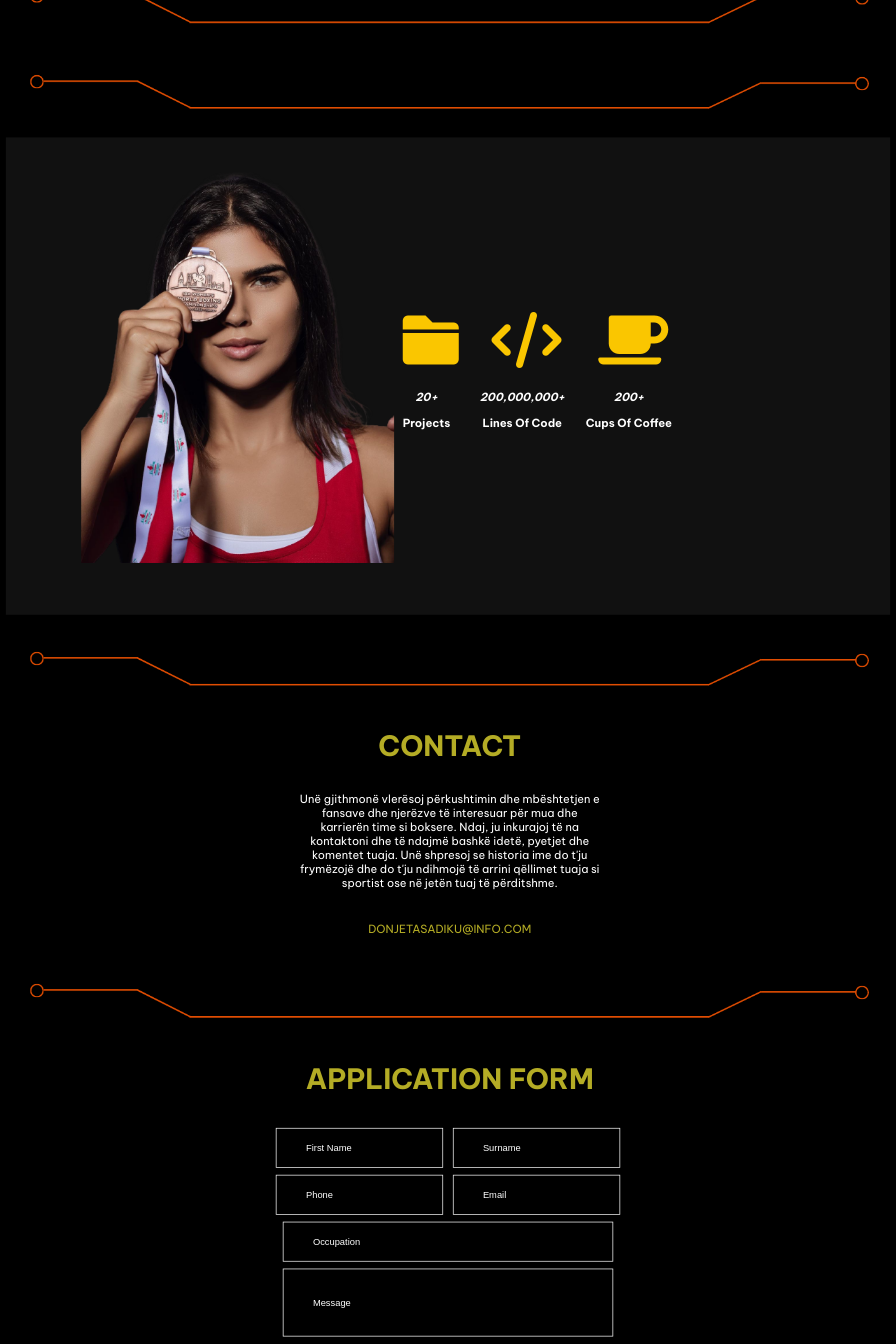
Repository: milot-morina/ds-boxing
Page: DS-Portfolio/index.html
These files come from the project's save history. The page is drawn as it stood at one moment and after the next save; the edit follows.
The browser window is 1280 px wide. The pictures show the part of the page from y = 2666 to 4586 px (the page is 4918 px tall before and 4894 px after), at 70% of full size.
A picture or video elsewhere on the page could not be fetched, so the positions and the page height are approximate.

Above is the page before, as saved 2023-03-21 10:52:10.

After the next save:
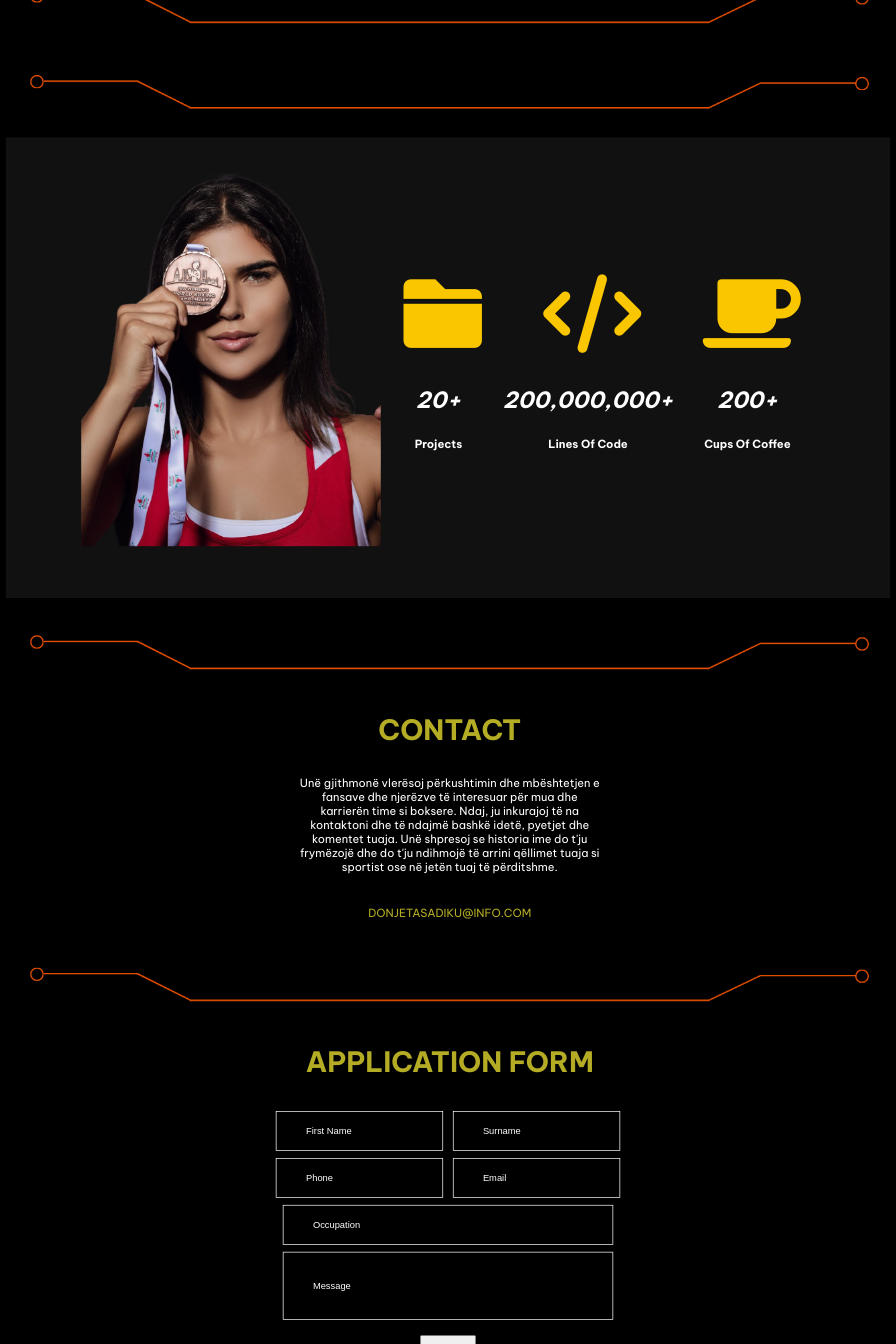
Saved 3 min 48 s later.
--- a/DS-Portfolio/index.html
+++ b/DS-Portfolio/index.html
@@ -132,26 +132,26 @@
     <div class="container">
       <div class="row">
         <div class="col-md-6 d-flex justify-content-end flex-column">
-          <img src="medalje-removebg-preview.png" alt="Your image description">
+          <img src="medalje-removebg-preview.png" alt="Your image description" style="margin-right: 50px;">
         </div>
 
         <div class="col-md-6">
           <div class="row justify-content-between">
-            <div class="col-md-4 text-center">
-              <i class="fa fa-folder fa-5x"></i>
-              <p class="number">20+</p>
+            <div class="col-md-4 text-center" style="margin-left: 20px;">
+              <i class="fa fa-folder fa-7x"></i>
+              <p class="number" style="font-size: 32px;">20+</p>
               <p>Projects</p>
             </div>
 
             <div class="col-md-4 text-center">
-              <i class="fa fa-code fa-5x"></i>
-              <p class="number">200,000,000+</p>
+              <i class="fa fa-code fa-7x"></i>
+              <p class="number" style="font-size: 32px;">200,000,000+</p>
               <p>Lines Of Code</p>
             </div>
 
-            <div class="col-md-4 text-center">
-              <i class="fa fa-coffee fa-5x"></i>
-              <p class="number">200+</p>
+            <div class="col-md-4 text-center" style="margin-right: 20px;">
+              <i class="fa fa-coffee fa-7x"></i>
+              <p class="number" style="font-size: 32px;">200+</p>
               <p>Cups Of Coffee</p>
             </div>
           </div>
